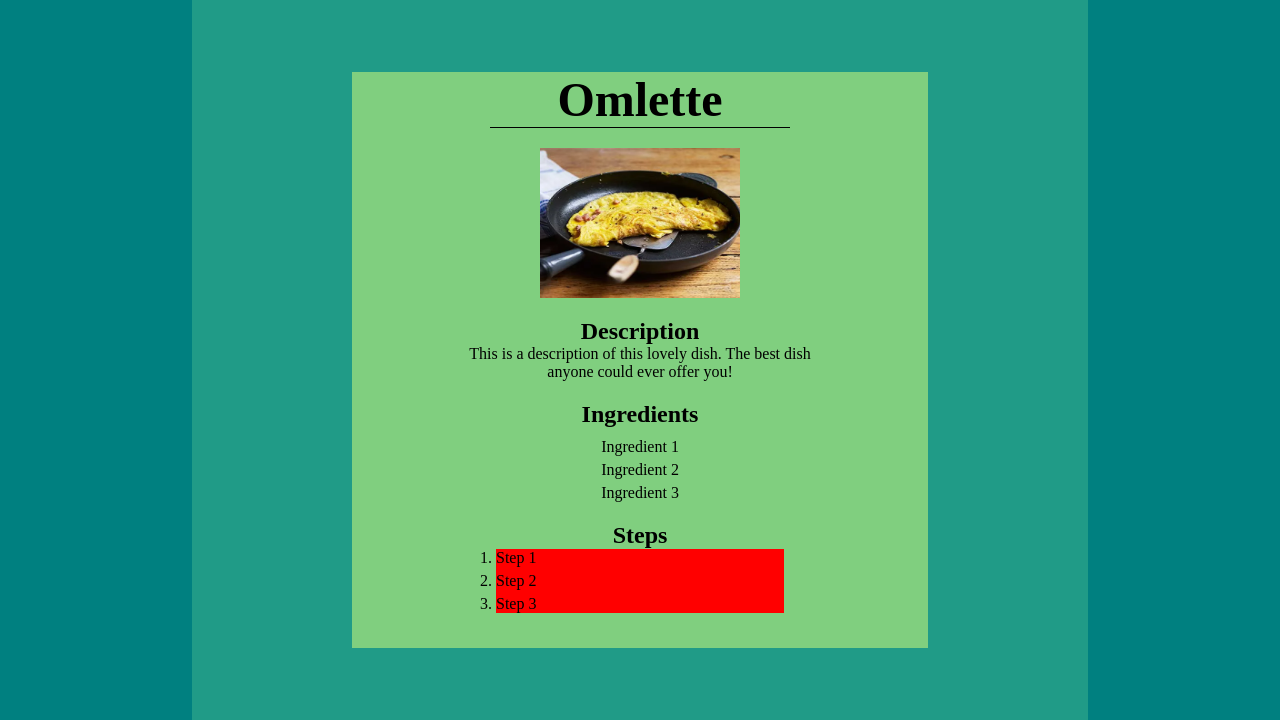
Repository: Pafestivo/odin-recipes
Page: recipes/omlette.html
The author's editor kept a copy of each file at every save. The page is drawn from the files as they stood at one save, then again after the next save.
The browser window is 1280 px wide. The pictures show the whole page.

Above is the page before, as saved 2022-09-24 12:59:42.

### recipes/omlette.html
<!DOCTYPE html>
<html lang="en">
<head>
    <meta charset="UTF-8">
    <meta name="viewport" content="width=device-width, initial-scale=1.0">
    <link rel="stylesheet" href="../css/recipe-styles.css">
    <title>Recipe-Omlette</title>
</head>
<body>
    <div class="container">
        <div class="inner">
            <h1>Omlette</h1>
            <img
            src="../images/omlette.jpg"
            alt="An image of Omlette"
            />
            <h2>Description</h2>
            <p>This is a description of this lovely dish. The best dish anyone could ever offer you!</p>

            <h2>Ingredients</h2>
            <ul>
            <li>Ingredient 1</li>
            <li>Ingredient 2</li>
            <li>Ingredient 3</li>
            </ul>

            <h2>Steps</h2>
            <ol>
            <li>Step 1</li>
            <li>Step 2</li>
            <li>Step 3</li>
            </ol>
        </div> <!-- /inner -->
    </div> <!-- /container -->

</body>
</html>

### css/recipe-styles.css
* {
  box-sizing: border-box;
  padding: 0;
  margin: 0;
}

body {
  font-family: serif;
  background-color: #008080;
  padding: 1;
}

.container {
  background-color: #209B87;
  display: flex;
  width: 70vw;
  height: 100vh;
  padding: 1px;
  margin: 0 auto;
}

.inner {
  background-color: #80CF7F;
  width: 45vw;
  height: 80vh;
  margin: auto;
}

h1 {
  text-align: center;
  font-size: 3rem;
  margin: 0 auto 20px auto;
  border-bottom: 1px solid black;
  width: 300px;
}

img {
  display: block;
  margin: 0 auto;
  width: 200px;
  height: 150px;
}

h2 {
  text-align: center;
  font-size: 1.5rem;
  margin: 20px auto 0 auto;
}

p {
  text-align: center;
  width: 350px;
  margin: 0 auto;
}

ul {
  list-style: none;
  text-align: center;
  margin: 10px;
}

li {
  margin-bottom: 5px;
}

ol {
  background-color: red;
  width: 50%;
  margin: 0 auto;
}

After the next save:
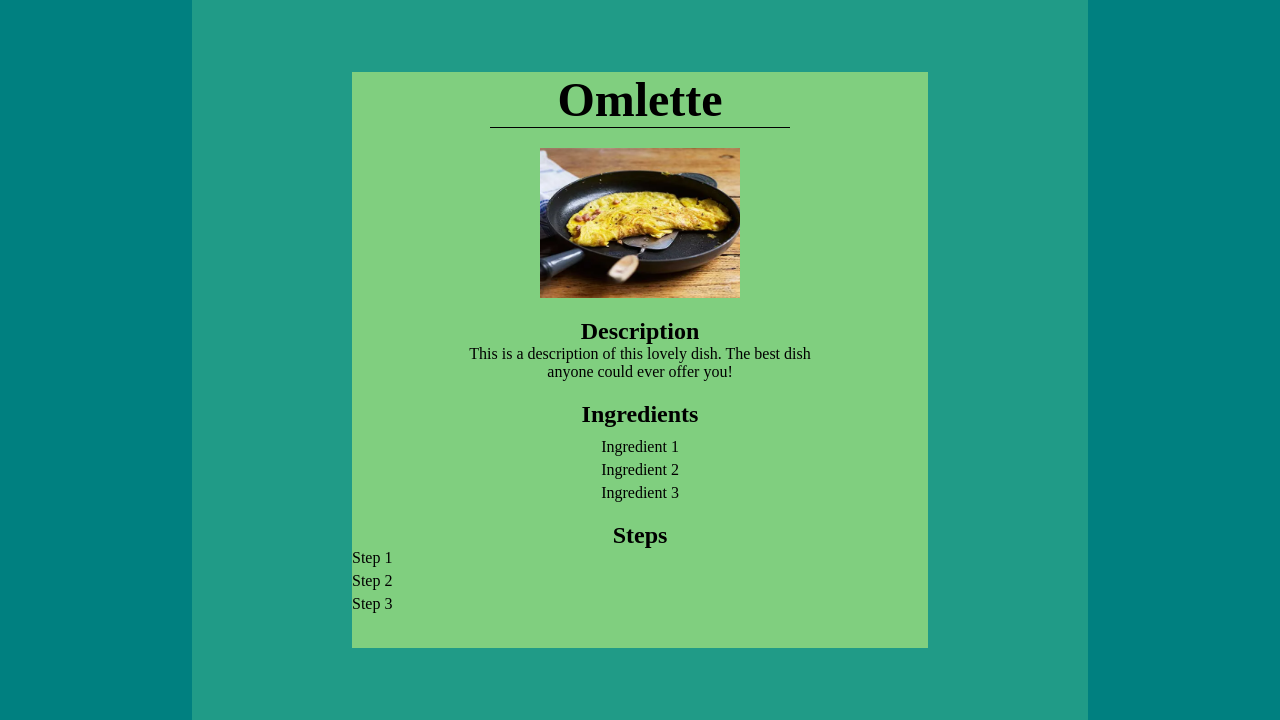
Saved 16 s later.
--- a/css/recipe-styles.css
+++ b/css/recipe-styles.css
@@ -64,7 +64,5 @@ li {
 }
 
 ol {
-  background-color: red;
-  width: 50%;
-  margin: 0 auto;
+  list-style: none;
 }
